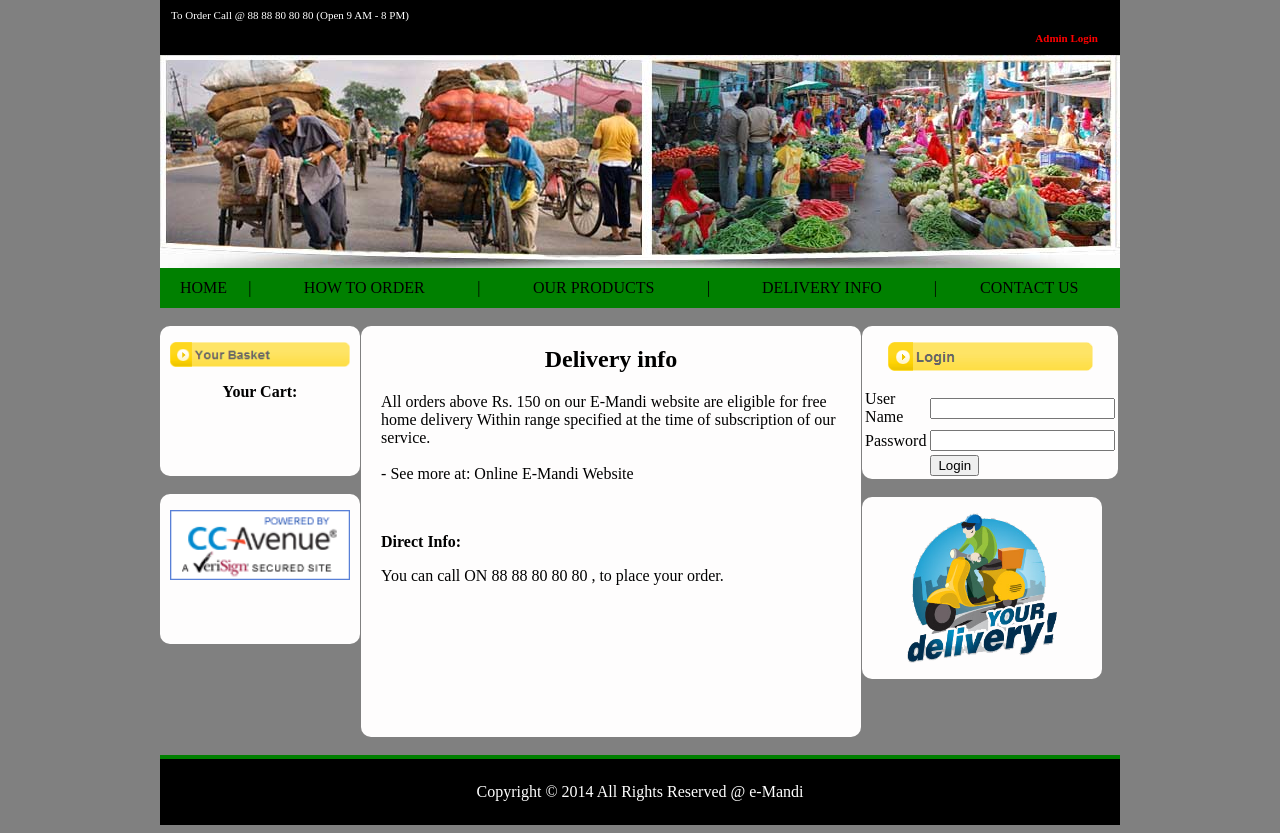
Repository: aashi12/e_mandi
Page: http://localhost/e_mandi/deliveryInfo.jsp
The author's editor kept a copy of each file at every save. The page is drawn from the files as they stood at one save, then again after the next save.
The browser window is 1280 px wide. The pictures show the whole page.
The page is served by Tomcat 9.

Above is the page before, as saved 2014-04-18 12:20:29.

After the next save:
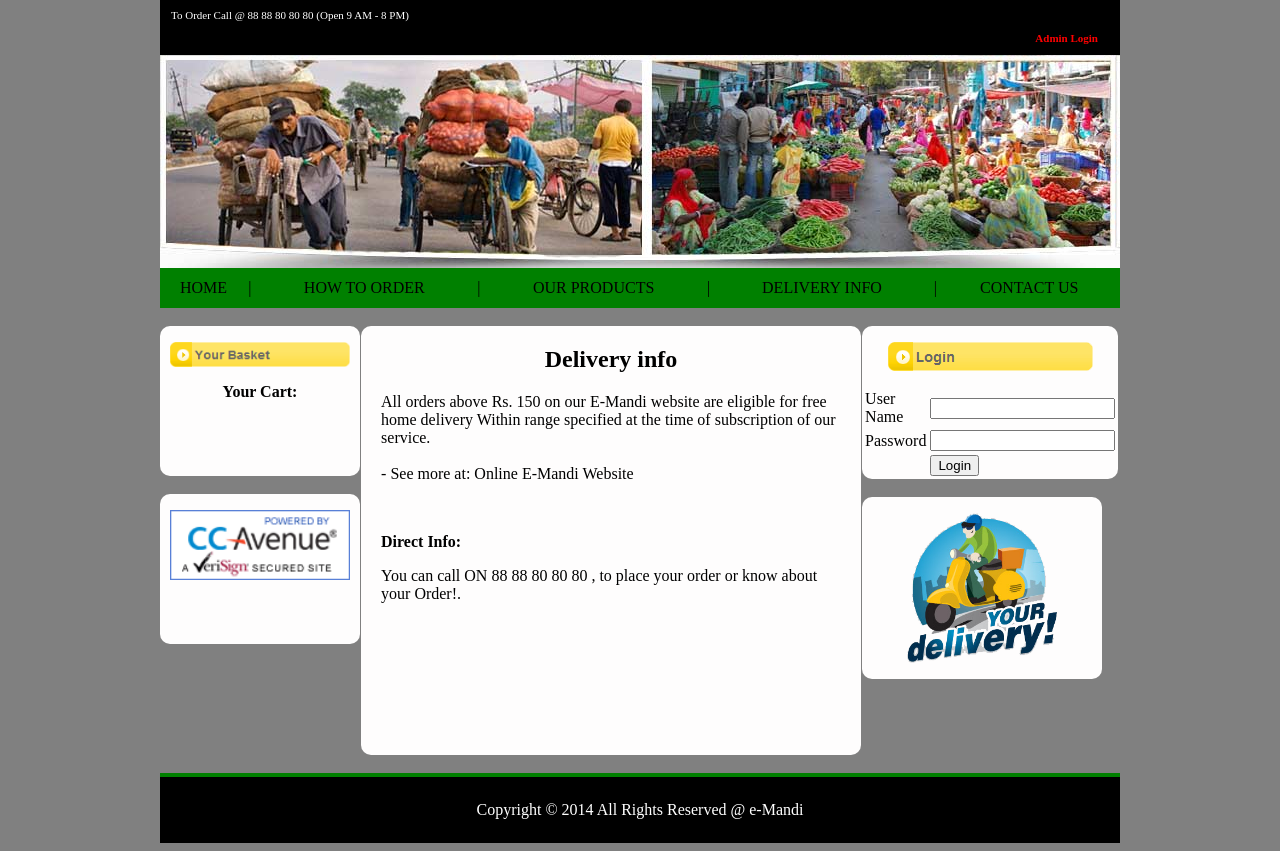
Saved 18 s later.
--- a/e_mandi/WebContent/deliveryInfo.jsp
+++ b/e_mandi/WebContent/deliveryInfo.jsp
@@ -68,7 +68,7 @@ Within range specified at the time of subscription of our service.
 - See more at: Online E-Mandi Website</p>
 <p>&nbsp;</p>
 <p><b>Direct Info:</b></p>
-<p>You can call ON    88 88 80 80 80 , to place your order.</p>
+<p>You can call ON    88 88 80 80 80 , to place your order or know about your Order!.</p>
 
 <p>&nbsp;</p>
 <p>&nbsp;</p>
